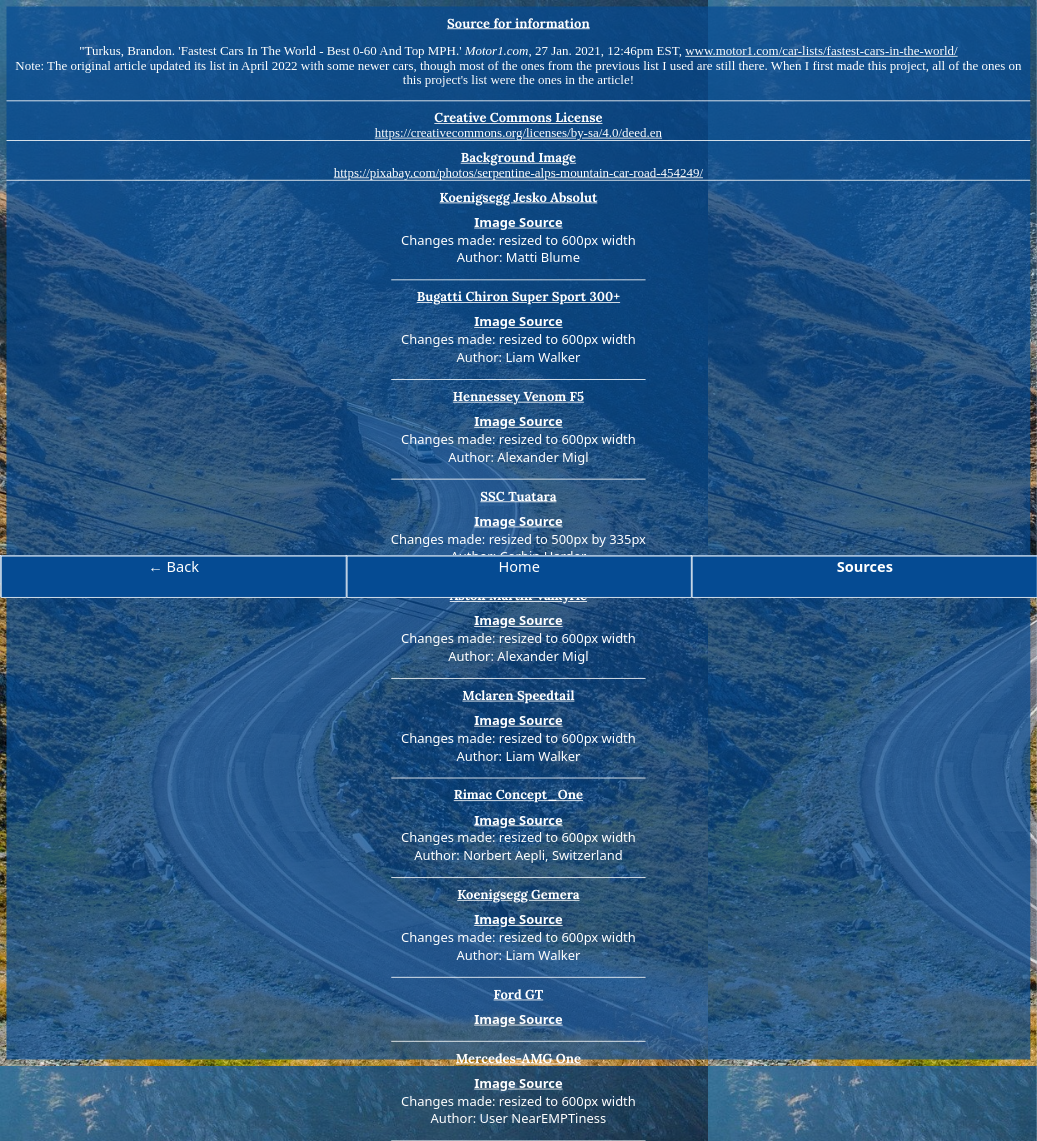
Repository: xxk3990/fastest-cars-project
Page: sources.html
The author's editor kept a copy of each file at every save. The page is drawn from the files as they stood at one save, then again after the next save.
The browser window is 1280 px wide. The pictures show the whole page, at 81% of full size.
Backgrounds fixed to the window are drawn as part of the page.

Above is the page before, as saved 2022-05-19 15:34:16.

After the next save:
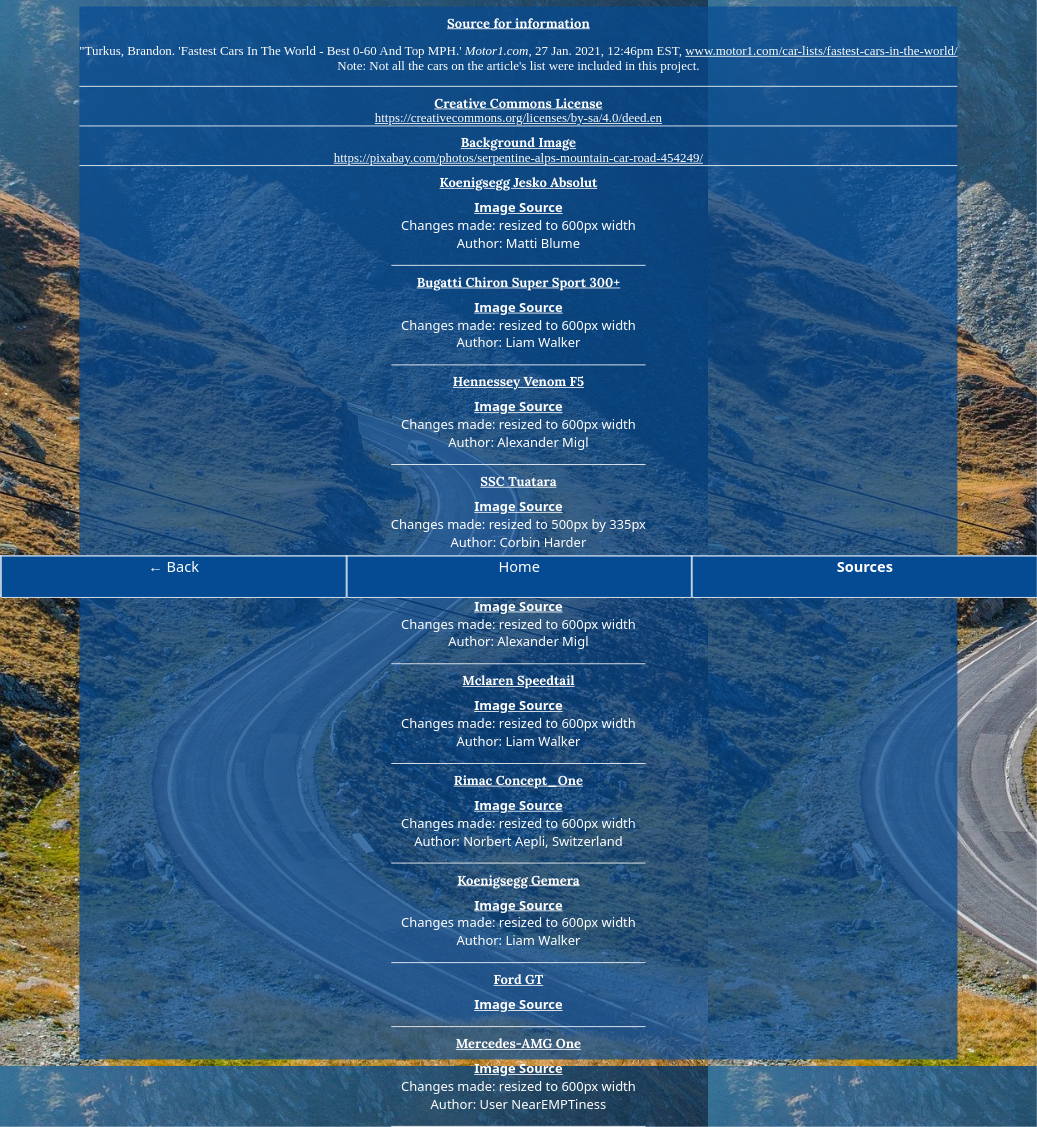
Saved 16 min 39 s later.
--- a/sources.html
+++ b/sources.html
@@ -23,7 +23,7 @@
                         2021, 12:46pm EST, <a id ="info-src"
                             href="https://www.motor1.com/car-lists/fastest-cars-in-the-world/">www.motor1.com/car-lists/fastest-cars-in-the-world/</a>
                         <br>
-                        Note: The original article updated its list in April 2022 with some newer cars, though most of the ones from the previous list I used are still there. When I first made this project, all of the ones on this project's list were the ones in the article!
+                        Note: Not all the cars on the article's list were included in this project.
                     </p>
                 </section>
                 <section id="cc-license" class = "static-src">

After the save that followed:
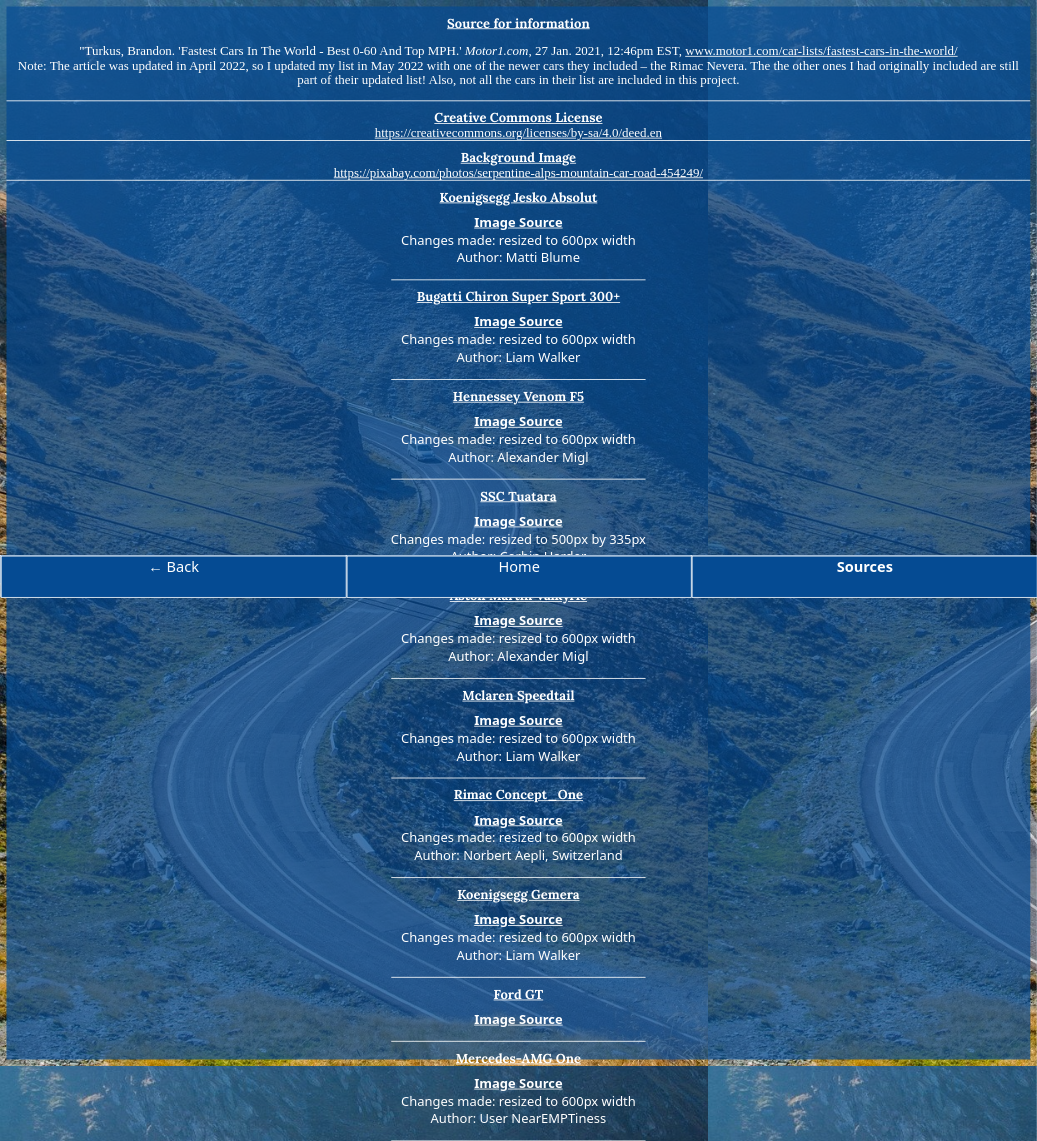
Saved 7 min 34 s later.
--- a/sources.html
+++ b/sources.html
@@ -23,7 +23,7 @@
                         2021, 12:46pm EST, <a id ="info-src"
                             href="https://www.motor1.com/car-lists/fastest-cars-in-the-world/">www.motor1.com/car-lists/fastest-cars-in-the-world/</a>
                         <br>
-                        Note: Not all the cars on the article's list were included in this project.
+                        Note: The article was updated in April 2022, so I updated my list in May 2022 with one of the newer cars they included – the Rimac Nevera. The the other ones I had originally included are still part of their updated list! Also, not all the cars in their list are included in this project.
                     </p>
                 </section>
                 <section id="cc-license" class = "static-src">
